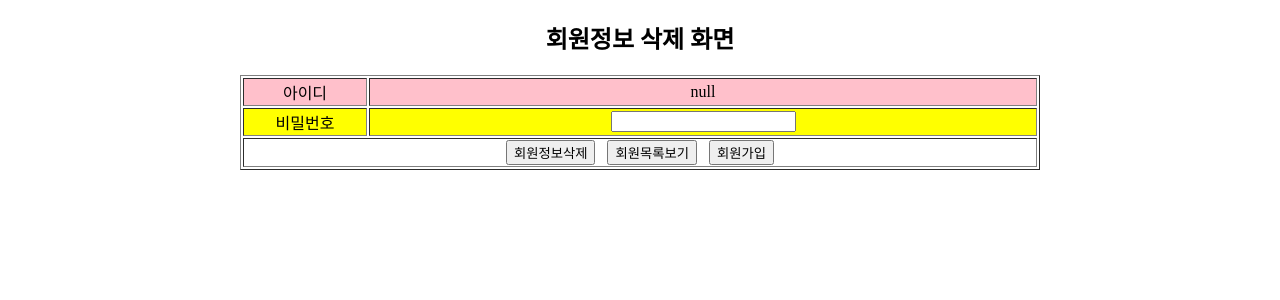
Repository: Served01/Project2_2209
Page: http://localhost/bookReviewProgram/mbDeleteform.jsp
An editor plug-in stored every save of this project. The page is shown before and after the next save, followed by the edit.
The browser window is 1280 px wide. The pictures show the whole page.
The page is served by Tomcat 9. Other server files are loaded and not shown.

Above is the page before, as saved 2022-09-26 08:42:18.

### bookReviewProgram/src/main/webapp/mbDeleteform.jsp
<%@ page language="java" contentType="text/html; charset=UTF-8"
    pageEncoding="UTF-8"%>
<%@ page import="BKRV.member.mbDAO" %>
<%@ page import="BKRV.member.mbBean" %>
<!DOCTYPE html>
<html>
<head>
<meta charset="UTF-8">
<title>회원정보 삭제 화면 구현</title>
</head>
<body>
<h2 align="center">회원정보 삭제 화면</h2>
	<div align="center">
	<form action="mbDeletePro.jsp" method="post">
	<table border="1" style="width: 800px; text-align: center;">
		<tr style="height: 40; background: pink;">
			<td width="100">아이디</td>
			<td><%=request.getParameter("mb_id") %></td>
		</tr>
		<tr align="center" style="height: 40; background: yellow;">
			<td width="120">비밀번호</td>
			<td>
				<input type="password" name="password">
			</td>
		</tr>
		<tr style="height: 60;">
			<td colspan="2">
				<input type="hidden" name="mb_id" value="<%=request.getParameter("mb_id") %>">
				<input type="submit" value="회원정보삭제">&nbsp;&nbsp;
				<input type="button" value="회원목록보기" onclick="location.href='mbList.jsp?'"/>&nbsp;&nbsp;
				<input type="button" value="회원가입" onclick="location.href='mbinsertform.jsp?'"/>
			</td>
		</tr>
	</table>
	</form>
</div>
</body>
</html>

After the next save:
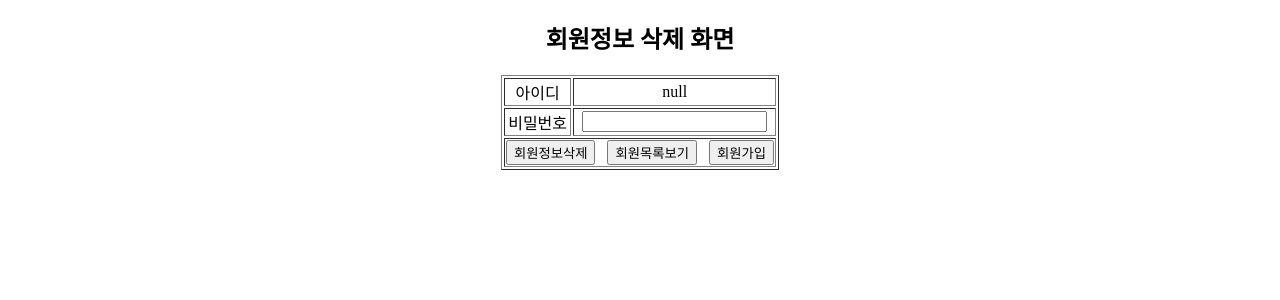
Saved 4 min 44 s later.
--- a/bookReviewProgram/src/main/webapp/mbDeleteform.jsp
+++ b/bookReviewProgram/src/main/webapp/mbDeleteform.jsp
@@ -12,23 +12,23 @@
 <h2 align="center">회원정보 삭제 화면</h2>
 	<div align="center">
 	<form action="mbDeletePro.jsp" method="post">
-	<table border="1" style="width: 800px; text-align: center;">
-		<tr style="height: 40; background: pink;">
-			<td width="100">아이디</td>
+	<table border="1">
+		<tr align="center">
+			<td>아이디</td>
 			<td><%=request.getParameter("mb_id") %></td>
 		</tr>
-		<tr align="center" style="height: 40; background: yellow;">
-			<td width="120">비밀번호</td>
+		<tr align="center">
+			<td>비밀번호</td>
 			<td>
 				<input type="password" name="password">
 			</td>
 		</tr>
-		<tr style="height: 60;">
+		<tr>
 			<td colspan="2">
 				<input type="hidden" name="mb_id" value="<%=request.getParameter("mb_id") %>">
 				<input type="submit" value="회원정보삭제">&nbsp;&nbsp;
-				<input type="button" value="회원목록보기" onclick="location.href='mbList.jsp?'"/>&nbsp;&nbsp;
-				<input type="button" value="회원가입" onclick="location.href='mbinsertform.jsp?'"/>
+				<input type="button" value="회원목록보기" onclick="location.href='mbList.jsp'"/>&nbsp;&nbsp;
+				<input type="button" value="회원가입" onclick="location.href='mbInsertform.jsp'"/>
 			</td>
 		</tr>
 	</table>
